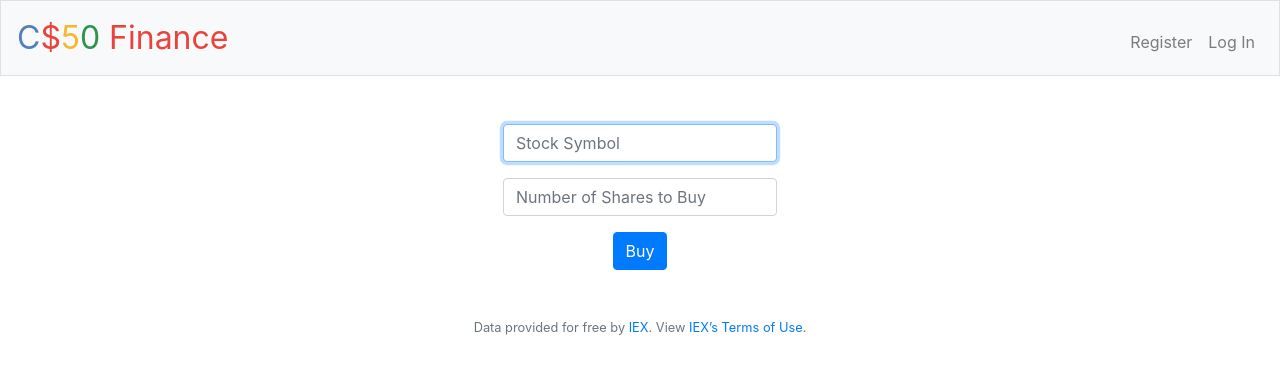
Repository: Mackeyrw/gitTest-CS50
Page: pset8/finance/templates/buy.html
The author's editor kept a record of every edit. The page is drawn from the files as they stood at one moment, then again after the next edit.
The browser window is 1280 px wide. The pictures show the whole page.
The template is drawn by Flask 3. The application's start-up code is not run. The template is opened directly, without the code that normally fills it, so the values that code supplies are empty.

Above is the page before.

After the next edit:
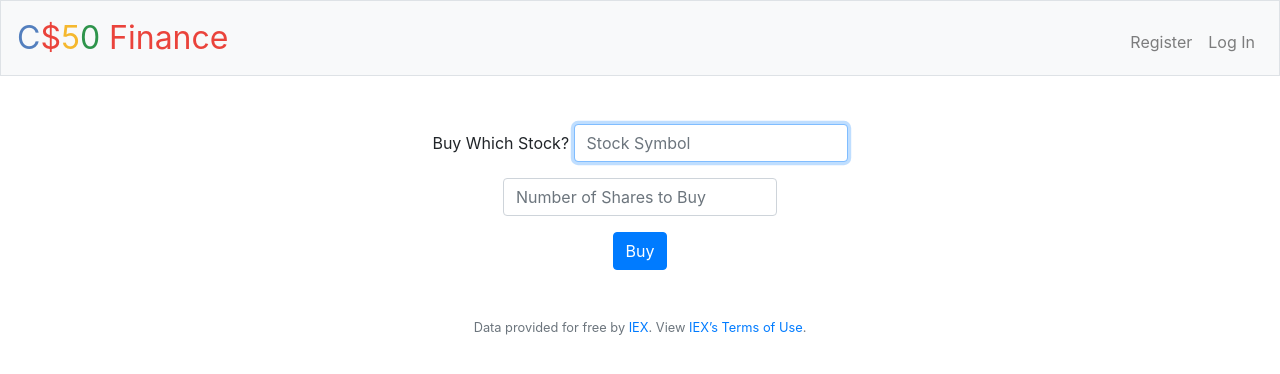
The edit:
--- a/pset8/finance/templates/buy.html
+++ b/pset8/finance/templates/buy.html
@@ -7,6 +7,7 @@
 {% block main %}
     <form action="/buy" method="post">
         <div class="form-group">
+            Buy Which Stock?
             <input autocomplete="off" autofocus class="form-control" name="symbol" placeholder="Stock Symbol" type="text">
         </div>
         <div class="form-group">
